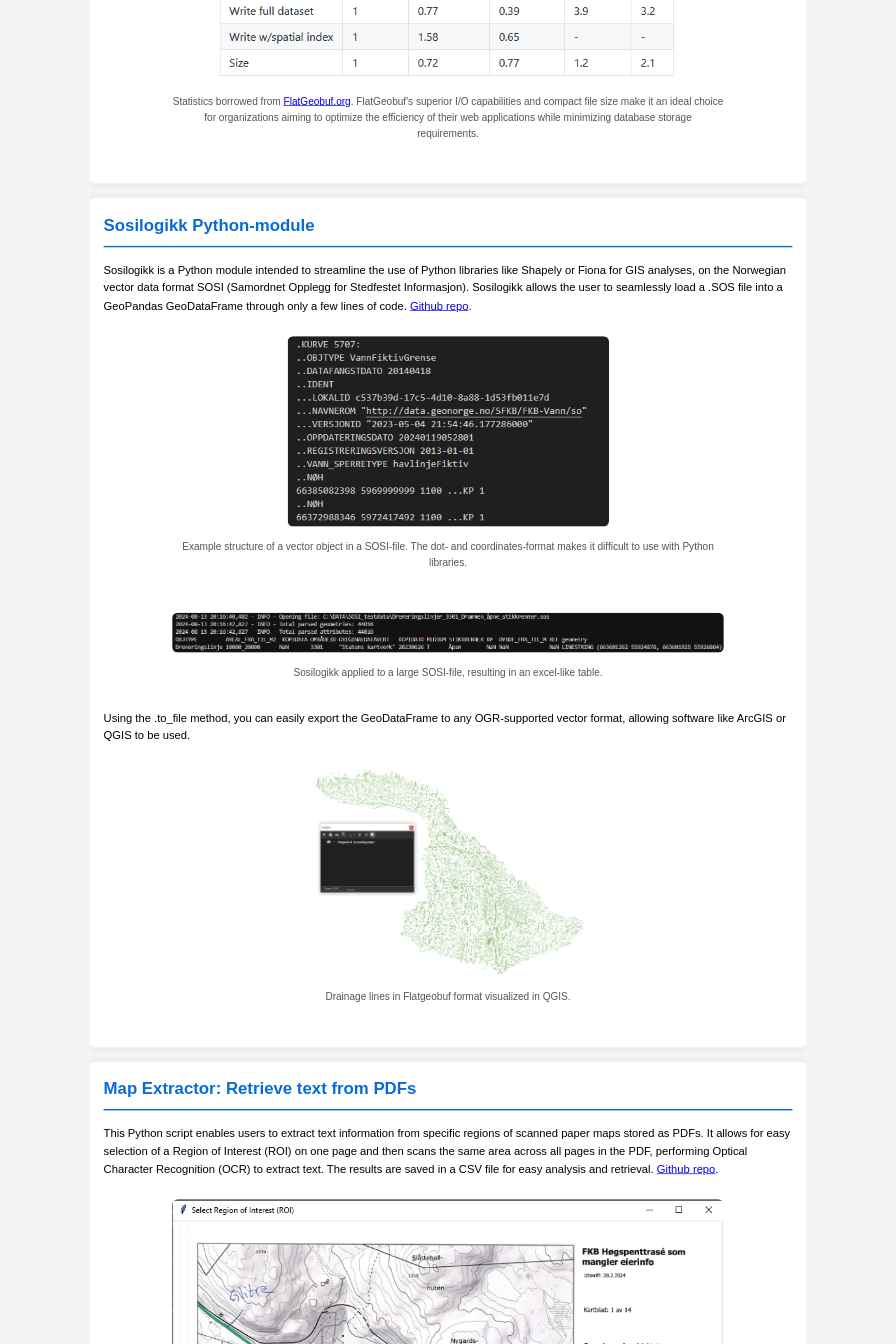
Repository: jesperfjellin/jesper-fjellin-pages
Page: index.html
The author's editor kept a copy of each file at every save. The page is drawn from the files as they stood at one save, then again after the next save.
The browser window is 1280 px wide. The pictures show the part of the page from y = 946 to 2866 px (the page is 4494 px tall before and 5175 px after), at 70% of full size.

Above is the page before, as saved 2024-11-07 23:48:06.

### index.html
<!DOCTYPE html>
<html lang="en">
<head>
    <meta charset="UTF-8">
    <meta name="viewport" content="width=device-width, initial-scale=1.0">
    <title>Jesper Fjellin's Github Pages</title>
    <style>
        body {
            font-family: Arial, sans-serif;
            line-height: 1.6;
            margin: 0;
            padding: 0;
            background-color: #f4f4f4;
        }
        header {
            background-color: #333;
            color: #fff;
            padding: 10px 0;
            text-align: center;
        }
        header h1 {
            margin: 0;
            font-size: 2.5em;
        }
        header p {
            margin: 0;
            font-size: 1.2em;
        }
        .container {
            width: 80%;
            margin: auto;
            overflow: hidden;
        }
        .project {
            background-color: #fff;
            margin: 20px 0;
            padding: 20px;
            border-radius: 8px;
            box-shadow: 0 0 10px rgba(0, 0, 0, 0.1);
        }
        .project h2 {
            margin-top: 0;
            border-bottom: 2px solid #086cd6;
            padding-bottom: 10px;
            color: #086cd6;
        }
        .project p {
            margin-bottom: 10px;
        }
        .project iframe {
            border: none;
            width: 100%;
            height: 400px;
            border-radius: 8px;
            margin-bottom: 10px;
        }
        .centered-content {
            padding: 10px;
            margin: 0 auto 20px auto;
            width: 80%;
            text-align: center;
        }
        .centered-content img {
            max-width: 100%;
            margin-top: 10px;
            border-radius: 8px;
        }
        .centered-content p {
            margin-top: 10px;
            font-size: 0.9em;
            color: #555;
        }
    </style>
</head>
<body>
    <header>
        <div class="container">
            <h1>Jesper Fjellin's Github Pages</h1>
            <p>This is a showcase of some of the projects I have worked on in the last year.
                Github repos: <a href="https://github.com/jesperfjellin" target="_blank" style="color: #0f99f5;">github.com/jesperfjellin</a>
                <a href="https://github.com/jesperfjellin-kv" target="_blank" style="color: #0f99f5;">github.com/jesperfjellin-kv</a></p>
                        </div>
    </header>

    <div class="container">
        <!-- Project 1 -->
        <div class="project">
            <h2>dbfriend - PostGIS Database Management</h2>
            <p>dbfriend is a command-line tool designed to simplify the loading and synchronization of spatial data into PostGIS databases. It focuses on data integrity and safety, ensuring that your database operations are reliable and efficient. By handling complex tasks intelligently, dbfriend helps GIS professionals and database administrators streamline their workflows.</p>
            <p>Stack: Python (Flask) and JavaScript, deployed on Heroku.</p>
            <iframe src="https://flatgeobuf-map-276140f7467f.herokuapp.com/" height="450px"></iframe>
            <div class="centered-content">
                <img src="images/flatgeobuf_results.png" alt="Flatgeobuf performance results">
                <p>Statistics borrowed from <a href="https://flatgeobuf.org/" target="_blank">FlatGeobuf.org</a>. FlatGeobuf's superior I/O capabilities and compact file size make it an ideal choice for organizations aiming to optimize the efficiency of their web applications while minimizing database storage requirements.</p>
            </div>
        </div>

        <!-- Project 2 -->
        <div class="project">
            <h2>Sosilogikk Python-module</h2>
            <p>Sosilogikk is a Python module intended to streamline the use of Python libraries like Shapely or Fiona for GIS analyses, on the Norwegian vector data format SOSI (Samordnet Opplegg for Stedfestet Informasjon). Sosilogikk allows the user to seamlessly load a .SOS file into a GeoPandas GeoDataFrame through only a few lines of code. <a href="https://github.com/jesperfjellin/sosilogikk" target="_blank">Github repo</a>.</p>

            <div class="centered-content">
                <img src="images/SOSI-file.png" alt="Example SOSI-file">
                <p>Example structure of a vector object in a SOSI-file. The dot- and coordinates-format makes it difficult to use with Python libraries.</p>
            </div>

            <div class="centered-content">
                <img src="images/GDF_sosi.png" alt="Example SOSI-file loaded into GeoDataFrame">
                <p>Sosilogikk applied to a large SOSI-file, resulting in an excel-like table.</p>
            </div>

            <p>Using the .to_file method, you can easily export the GeoDataFrame to any OGR-supported vector format, allowing software like ArcGIS or QGIS to be used.</p>

            <div class="centered-content">
                <img src="images/flatgeobuf_dreneringslinjer.png" alt="Drainage lines in Flatgeobuf format visualized in QGIS" style="max-width:50%;">
                <p>Drainage lines in Flatgeobuf format visualized in QGIS.</p>
            </div>
        </div>
        <!-- Project 3 -->
        <div class="project">
            <h2>Map Extractor: Retrieve text from PDFs</h2>
            <p>This Python script enables users to extract text information from specific regions of scanned paper maps stored as PDFs. It allows for easy selection of a Region of Interest (ROI) on one page and then scans the same area across all pages in the PDF, performing Optical Character Recognition (OCR) to extract text. The results are saved in a CSV file for easy analysis and retrieval. <a href="https://github.com/jesperfjellin/Map-Extractor" target="_blank">Github repo</a>.</p>

            <div class="centered-content">
                <img src="images/OCR_map_example.png" alt="Example ROI selection">
                <p>Example of how the region of interest selection works in the selected PDF. The red border to the center right is the ROI selector.</p>
            </div>

            <p>The output when the script is applied to the PDF above. OCR is not perfect and will need minor manual tweaks/configuring of settings in script to best suit the quality of your input PDF. Notice that the Trase string is missing an underscore between 'Trase' and the number sequence.</p>

            <div class="centered-content">
                <img src="images/output_example.png" alt="Example output from map PDF">
                <p>Example output from script.</p>
            </div>

            <p>The preprocess_image function is responsible for improving the accuracy OCR will have. If you are experiencing inaccurate results with Map Extractor, consider tweaking these parameters.</p>

            <div class="centered-content">
                <img src="images/preprocess_image_tuning.png" alt="Settings for tuning the configuration of OCR" style="max-width:50%;">
                <p>Preprocess_image function in the Map_Extractor.py script.</p>
            </div>
            <p>Potential further work: if you have all attributes displayed on the PDF, it should be possible to automatically create valid vector geometry from printed maps. This will require post-processing of the output data, to put it into a valid GeoJSON/GML/whatever structure, but also to clean up errors the OCR might have made. </p>
    </div>
</body>
</html>

After the next save:
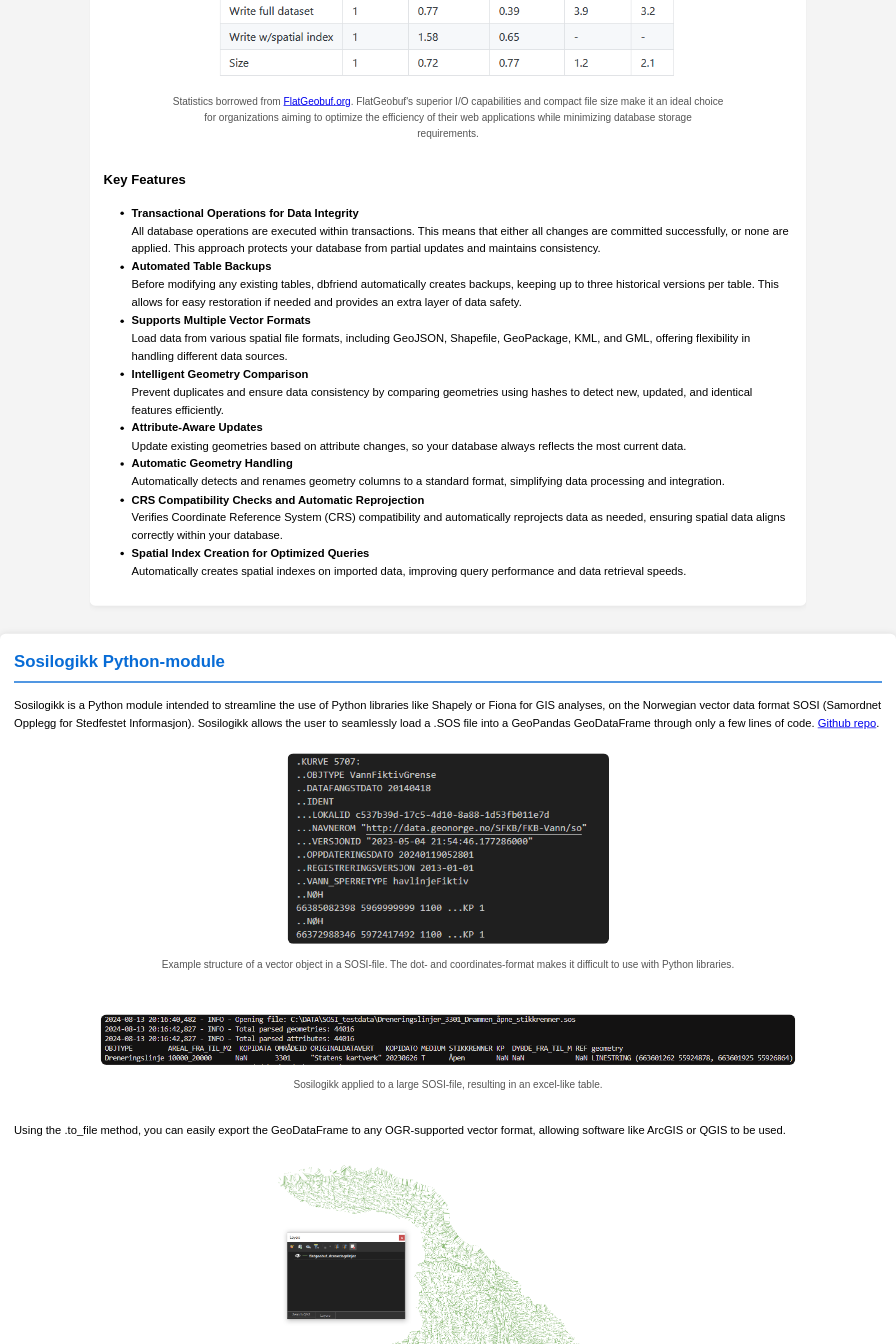
Saved 108 s later.
--- a/index.html
+++ b/index.html
@@ -93,7 +93,39 @@
                 <img src="images/flatgeobuf_results.png" alt="Flatgeobuf performance results">
                 <p>Statistics borrowed from <a href="https://flatgeobuf.org/" target="_blank">FlatGeobuf.org</a>. FlatGeobuf's superior I/O capabilities and compact file size make it an ideal choice for organizations aiming to optimize the efficiency of their web applications while minimizing database storage requirements.</p>
             </div>
+
+            <!-- New Feature List -->
+            <div class="features">
+                <h3>Key Features</h3>
+                <ul>
+                    <li><strong>Transactional Operations for Data Integrity</strong><br>
+                        All database operations are executed within transactions. This means that either all changes are committed successfully, or none are applied. This approach protects your database from partial updates and maintains consistency.
+                    </li>
+                    <li><strong>Automated Table Backups</strong><br>
+                        Before modifying any existing tables, dbfriend automatically creates backups, keeping up to three historical versions per table. This allows for easy restoration if needed and provides an extra layer of data safety.
+                    </li>
+                    <li><strong>Supports Multiple Vector Formats</strong><br>
+                        Load data from various spatial file formats, including GeoJSON, Shapefile, GeoPackage, KML, and GML, offering flexibility in handling different data sources.
+                    </li>
+                    <li><strong>Intelligent Geometry Comparison</strong><br>
+                        Prevent duplicates and ensure data consistency by comparing geometries using hashes to detect new, updated, and identical features efficiently.
+                    </li>
+                    <li><strong>Attribute-Aware Updates</strong><br>
+                        Update existing geometries based on attribute changes, so your database always reflects the most current data.
+                    </li>
+                    <li><strong>Automatic Geometry Handling</strong><br>
+                        Automatically detects and renames geometry columns to a standard format, simplifying data processing and integration.
+                    </li>
+                    <li><strong>CRS Compatibility Checks and Automatic Reprojection</strong><br>
+                        Verifies Coordinate Reference System (CRS) compatibility and automatically reprojects data as needed, ensuring spatial data aligns correctly within your database.
+                    </li>
+                    <li><strong>Spatial Index Creation for Optimized Queries</strong><br>
+                        Automatically creates spatial indexes on imported data, improving query performance and data retrieval speeds.
+                    </li>
+                </ul>
+            </div>
         </div>
+    </div>
 
         <!-- Project 2 -->
         <div class="project">
